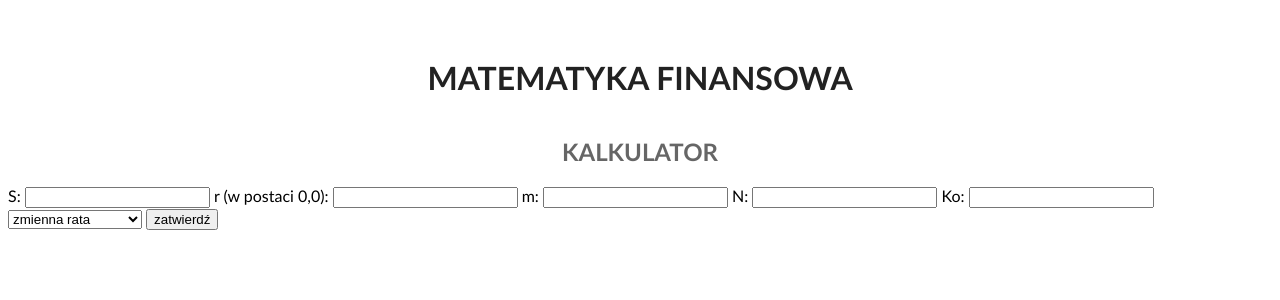
Repository: ravkita/MFCalc
Page: index.html
These files come from the project's save history. The page is drawn as it stood at one moment and after the next save; the edit follows.
The browser window is 1280 px wide. The pictures show the whole page.

Above is the page before, as saved 2021-04-12 18:30:36.

### index.html
<!DOCTYPE html>
<html lang="en">
<head>
    <meta charset="UTF-8">
    <meta http-equiv="X-UA-Compatible" content="IE=edge">
    <meta name="viewport" content="width=device-width, initial-scale=1.0">
    <title>Kalkulator</title>

    <style type="text/css">
        body{
            font-family: 'Gill Sans', 'Gill Sans MT', Calibri, 'Trebuchet MS', sans-serif;
        }
        .header{
            width: 100%;
            display: flex;
            flex-direction: column;
            justify-content: center;
            align-items: center;
        }
        .title{
            color: #222;
            margin-top: 50px;
            margin-bottom: 20px;
        }
        .subtitle{
            color: #666666;
        }
    </style>
</head>
<body>
    <header class="header">
        <h1 class="title">MATEMATYKA FINANSOWA</h1>
    <h2 class="subtitle">KALKULATOR</h2>
    </header>
    <form action="" id="rata">
        <label for="S">S:</label> <input type="number" name="S" class="s">
        <label for="r">r (w postaci 0,0):</label> <input type="number" name="r" class="r">
        <label for="m">m:</label> <input type="number" name="m" class="m">
        <label for="N">N:</label> <input type="number" name="N" class="N">
        <label for="Ko">Ko:</label> <input type="number" name="Ko" class="Ko">
        <select name="type" id="typ">
            <option value="1">zmienna rata</option>
            <option value="2">zmienne płatności</option>
            <option value="3">narastanie kapitału</option>
        </select>
        <input type="button" name="confirm" id="confirm" value="zatwierdź">
    </form>
    <div class="result">

    </div>
    <script type="text/javascript">
        let s;
        let r;
        let m;
        let N;
        let q;
        let Ko;
        function rataStała(){
            const el = document.createElement("p");
            let t = s/(m*N);
            el.innerText = `T: ${t}`;
            document.querySelector('.result').appendChild(el);
        }
        function rataZmienna(){
            let tn = [];
                for(let i = 1; i<=N; i++){
                    const el = document.createElement("p");
                    tn[i-1] = s*((Math.pow(q, i) - Math.pow(q, i-1))/(Math.pow(q, m*N) - 1));
                    el.innerText = `T${i}: ${tn[i-1]}`;
                    document.querySelector('.result').appendChild(el);
                }
        }
        function kwotaPlatnosciStala(){
            const el = document.createElement("p");
            let a = s*Math.pow(q, m*N)*((q-1)/(Math.pow(q, m*N)-1));
            el.innerText = `A: ${a}`;
            document.querySelector('.result').appendChild(el);
        }
        function kwotaPlatnosciZmienna(){
            for(let i = 1; i<=N*m; i++){
                const el = document.createElement("p");
                let an = (s/(N*m))*[1+((N*m)-i+1)*(r/m)];
                el.innerText = `A${i}: ${an}`;
                document.querySelector('.result').appendChild(el);
            }
        }
        function narastanieKapitału(){
            for(let i = 1; i<=N; i++){
                const el = document.createElement("p");
                let Kn = Ko*(Math.pow((1+(r/m)), i*m));
                el.innerText = `K${i}: ${Kn}`;
                document.querySelector('.result').appendChild(el);
            }
        }
        function odsetkiPrzyStalejRacie(){
            for(let i = 1; i<=N*m; i++){
                const el = document.createElement("p");
                let On = s*[1-((i-1)/(N*m))]*(r/m);
                el.innerText = `O${i}: ${On}`;
                document.querySelector('.result').appendChild(el);
            }
        }
        function saldo(){
            for(let i = 1; i<=N*m; i++){
                const el = document.createElement("p");
                let Sn = s*[1-((i-1)/(N*m))]*(r/m);
                el.innerText = `S${i}: ${Sn}`;
                document.querySelector('.result').appendChild(el);
            }
        }
        function odsetkiPrzyStalejKwocie(){
            for(let i = 1; i<=N*m; i++){
                const el = document.createElement("p");
                let On = s*[1-((i-1)/(N*m))]*(r/m);
                el.innerText = `O${i}: ${On}`;
                document.querySelector('.result').appendChild(el);
            }
        }
        function getData(){
            document.getElementById('confirm').addEventListener('click', (e) =>{
                s = document.querySelector('.s').value;
                r = document.querySelector('.r').value;
                m = document.querySelector('.m').value;
                N = document.querySelector('.N').value;
                Ko = document.querySelector('.Ko').value;
                q = 1+(r/m);
                let type = document.querySelector('#typ').value;
                document.querySelector('.result').innerHTML="";

                switch (type){
                    case "1":
                    rataZmienna();
                    kwotaPlatnosciStala();
                    break;
                    case "2":
                    kwotaPlatnosciZmienna();
                    rataStała();
                    odsetkiPrzyStalejRacie();
                    break;
                    case "3":
                    narastanieKapitału();
                }
            });
        }
        getData();
    </script>
</body>
</html>

After the next save:
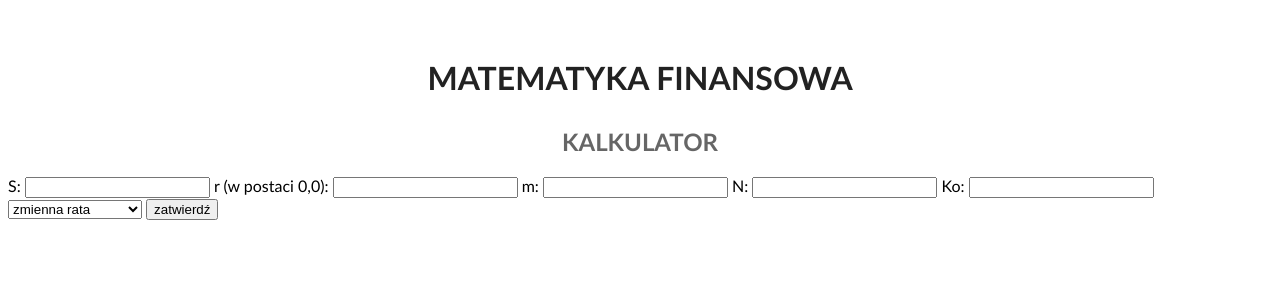
Saved 5 s later.
--- a/index.html
+++ b/index.html
@@ -20,7 +20,7 @@
         .title{
             color: #222;
             margin-top: 50px;
-            margin-bottom: 20px;
+            margin-bottom: 10px;
         }
         .subtitle{
             color: #666666;
